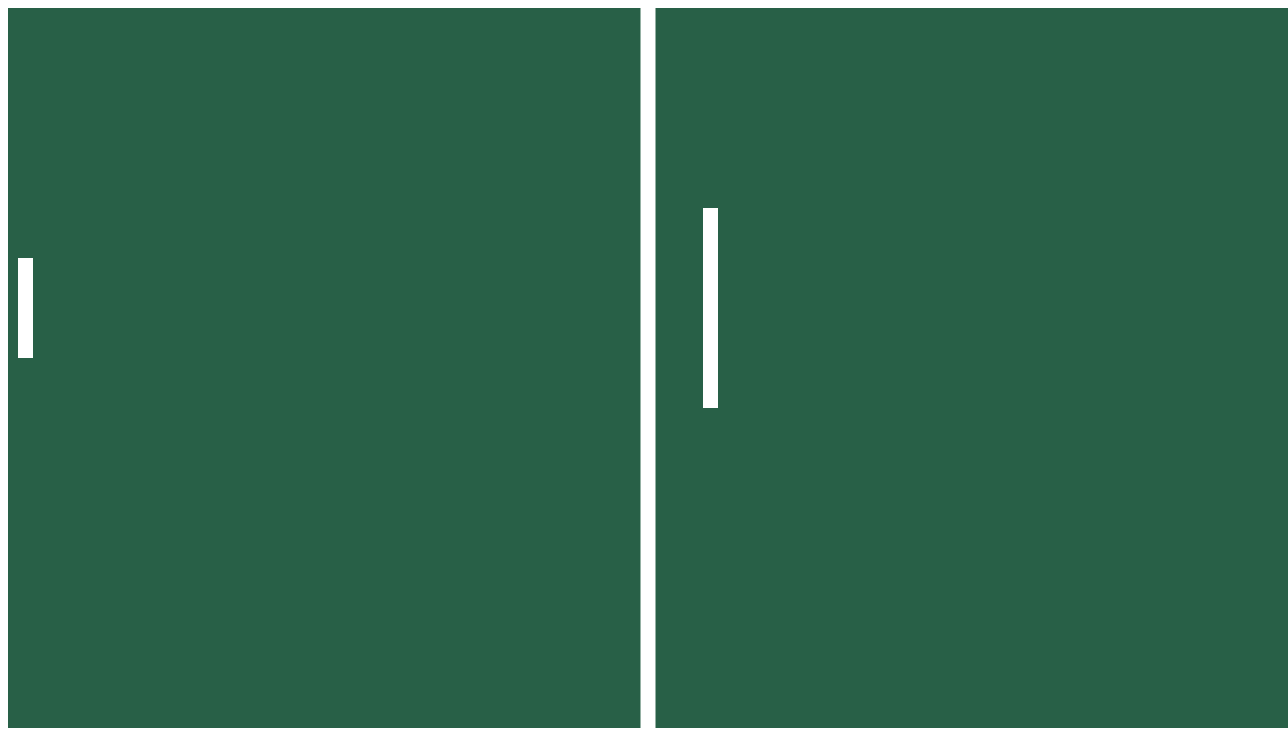
Repository: luizgaivaa/Game
Page: index.html
An editor plug-in stored every save of this project. The page is shown before and after a run of saves, followed by the edit.
The browser window is 1280 px wide. The page is 1288 px wide, so the pictures cover 1288 px, including what lies to the right of the window. The pictures show the whole page.

Above is the page before, as saved 2024-03-26 16:17:19.

After the next 7 saves:
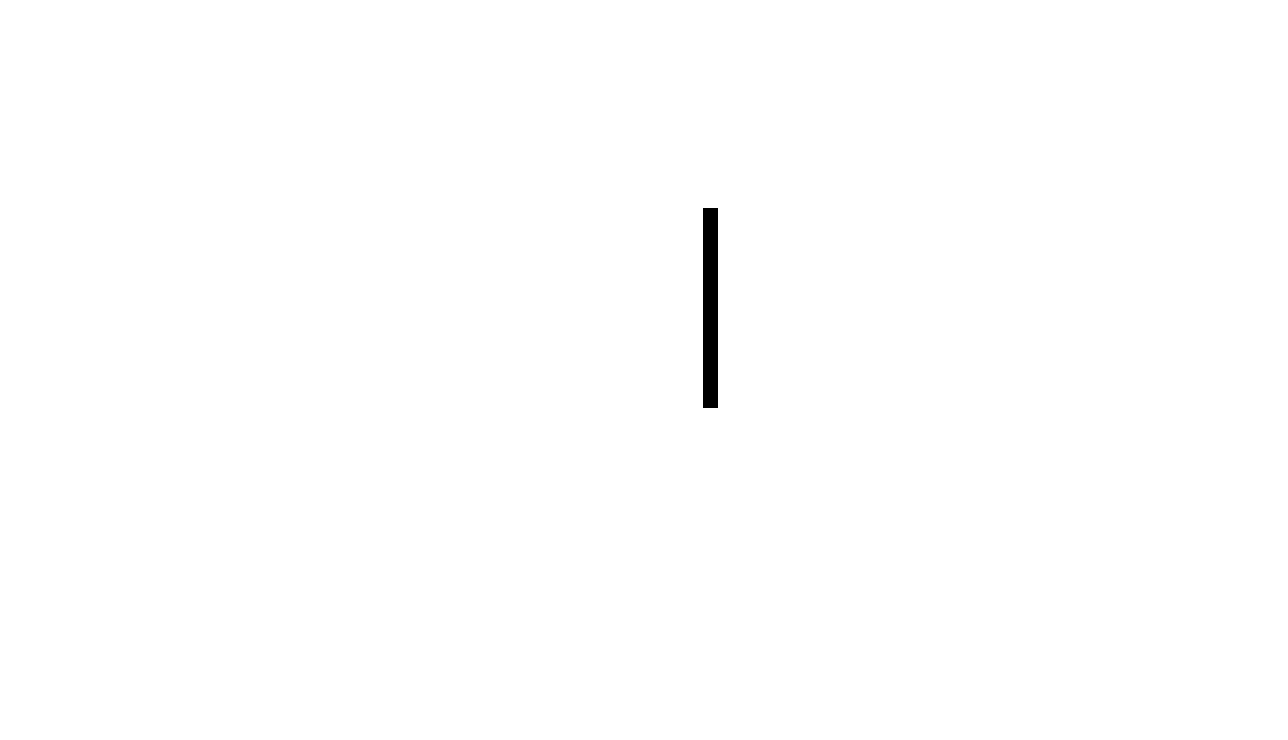
The 7 saves are shown as one change because they came seconds apart.
The last was saved 18 s later.
--- a/index.html
+++ b/index.html
@@ -31,6 +31,9 @@
             //raquete esquerda
             canvasCtx.fillRect(10,250,lineWidth,100)
 
+
+        }
+        function draw(){
             //raquete direita
             canvasCtx.fillRect(window.innerHeight - lineWidth - 10, 200, lineWidth, 200)
         }

After the save that followed:
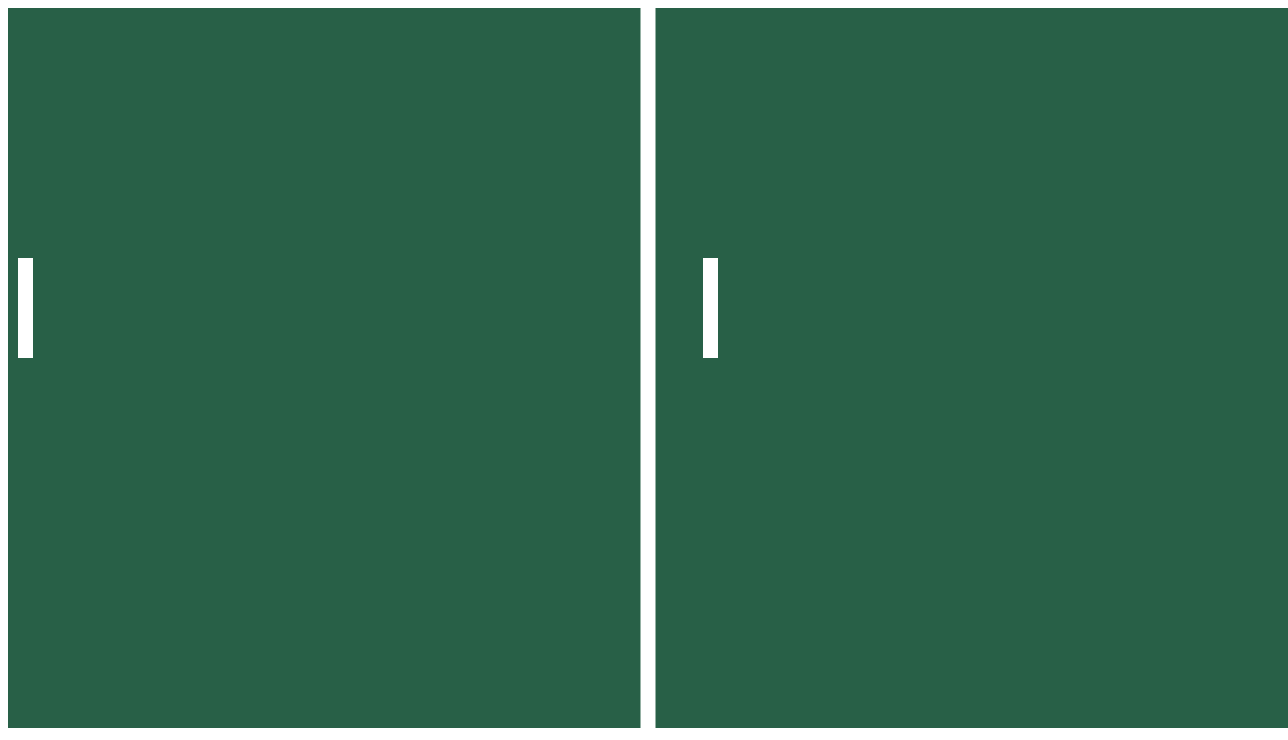
Saved 36 s later.
--- a/index.html
+++ b/index.html
@@ -31,11 +31,10 @@
             //raquete esquerda
             canvasCtx.fillRect(10,250,lineWidth,100)
 
+            //raquete direita
+            canvasCtx.fillRect(window.innerHeight - lineWidth - 10, 250, lineWidth, 100)
 
-        }
-        function draw(){
-            //raquete direita
-            canvasCtx.fillRect(window.innerHeight - lineWidth - 10, 200, lineWidth, 200)
+
         }
         setup()
         draw()
